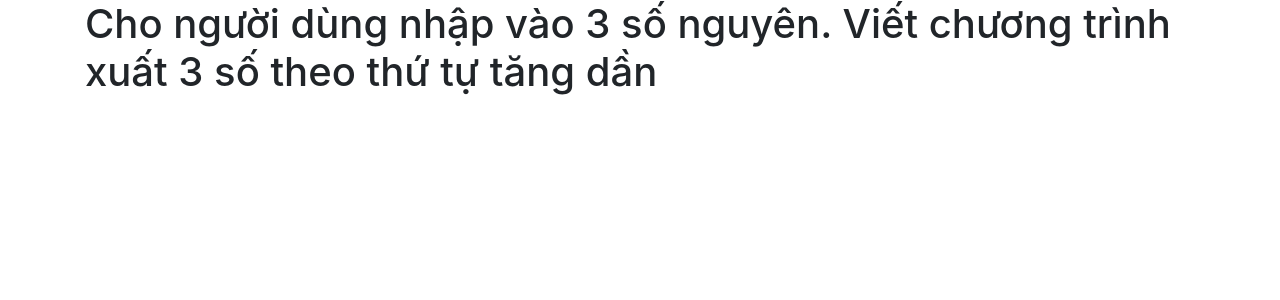
Repository: baobaodeveloper/bootscamp21__jsbasic__HuynhAnhBao
Page: index.html
An editor plug-in stored every save of this project. The page is shown before and after the next save, followed by the edit.
The browser window is 1280 px wide. The pictures show the whole page.

Above is the page before, as saved 2022-03-09 22:57:14.

### index.html
<!DOCTYPE html>
<html lang="en">
  <head>
    <title>javaScript basic</title>
    <!-- Required meta tags -->
    <meta charset="utf-8" />
    <meta
      name="viewport"
      content="width=device-width, initial-scale=1, shrink-to-fit=no"
    />

    <!-- Bootstrap CSS -->
    <link
      rel="stylesheet"
      href="https://stackpath.bootstrapcdn.com/bootstrap/4.3.1/css/bootstrap.min.css"
      integrity="sha384-ggOyR0iXCbMQv3Xipma34MD+dH/1fQ784/j6cY/iJTQUOhcWr7x9JvoRxT2MZw1T"
      crossorigin="anonymous"
    />
  </head>
  <body>
    <div class="container">
      <h1>
        Cho người dùng nhập vào 3 số nguyên. Viết chương trình xuất 3 số theo
        thứ tự tăng dần
      </h1>
    </div>
    <!-- Optional JavaScript -->
    <!-- jQuery first, then Popper.js, then Bootstrap JS -->
    <script
      src="https://code.jquery.com/jquery-3.3.1.slim.min.js"
      integrity="sha384-q8i/X+965DzO0rT7abK41JStQIAqVgRVzpbzo5smXKp4YfRvH+8abtTE1Pi6jizo"
      crossorigin="anonymous"
    ></script>
    <script
      src="https://cdnjs.cloudflare.com/ajax/libs/popper.js/1.14.7/umd/popper.min.js"
      integrity="sha384-UO2eT0CpHqdSJQ6hJty5KVphtPhzWj9WO1clHTMGa3JDZwrnQq4sF86dIHNDz0W1"
      crossorigin="anonymous"
    ></script>
    <script
      src="https://stackpath.bootstrapcdn.com/bootstrap/4.3.1/js/bootstrap.min.js"
      integrity="sha384-JjSmVgyd0p3pXB1rRibZUAYoIIy6OrQ6VrjIEaFf/nJGzIxFDsf4x0xIM+B07jRM"
      crossorigin="anonymous"
    ></script>
  </body>
</html>

After the next save:
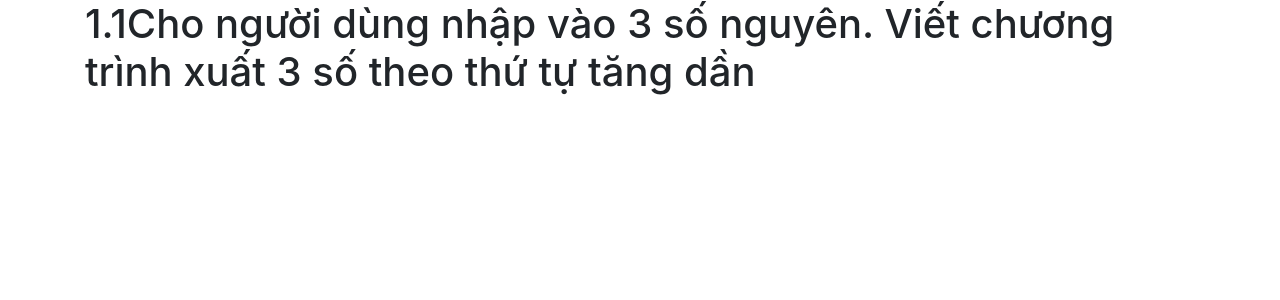
Saved 11 s later.
--- a/index.html
+++ b/index.html
@@ -20,7 +20,7 @@
   <body>
     <div class="container">
       <h1>
-        Cho người dùng nhập vào 3 số nguyên. Viết chương trình xuất 3 số theo
+        1.1Cho người dùng nhập vào 3 số nguyên. Viết chương trình xuất 3 số theo
         thứ tự tăng dần
       </h1>
     </div>
